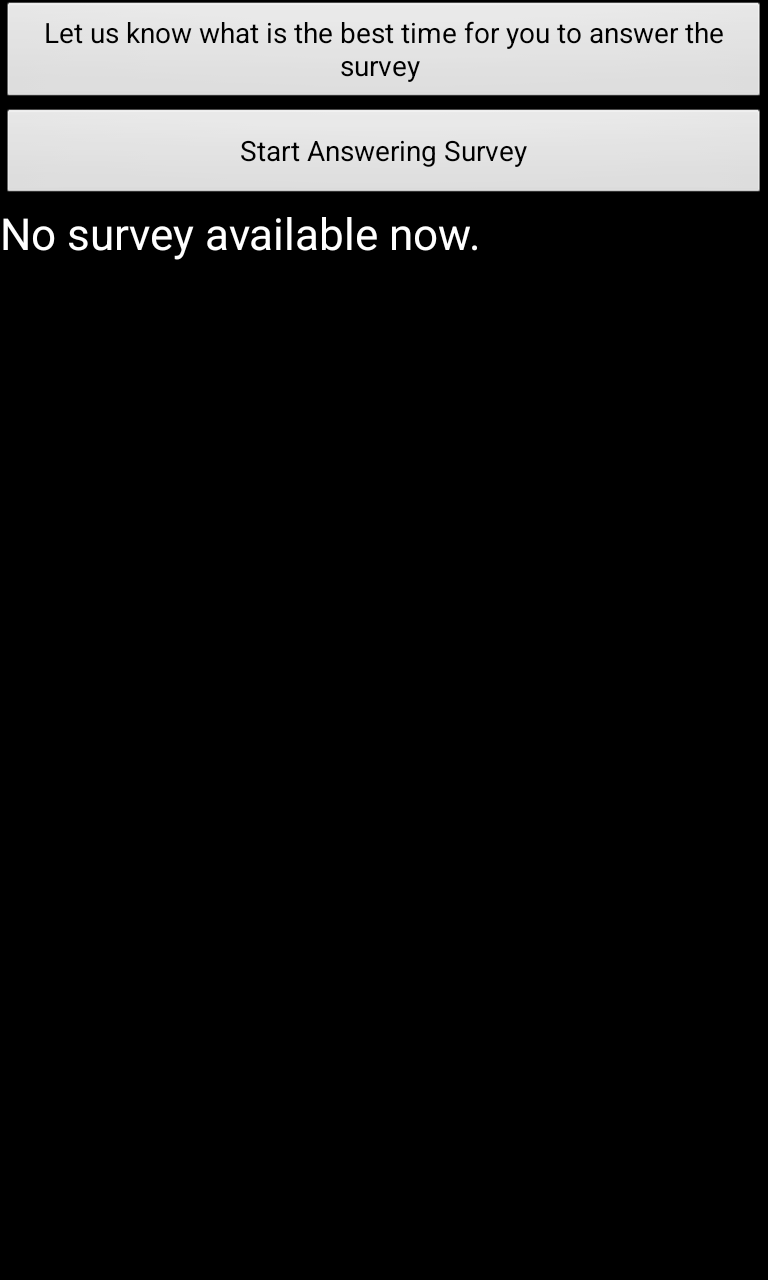
Repository: shaunkitch/android-survey
Layout: Android/Survey/res/layout/main.xml
An editor plug-in stored every save of this project. The layout is shown before and after the next save, followed by the edit.
It is drawn on a 768 x 1280 px phone screen (xhdpi) without system bars, with theme android:Theme; the app's code is not run.

Above is the layout before, as saved 2012-05-05 00:49:47.

### Android/Survey/res/layout/main.xml
<?xml version="1.0" encoding="utf-8"?>
<TableLayout xmlns:android="http://schemas.android.com/apk/res/android"
    android:layout_width="fill_parent"
    android:layout_height="fill_parent" >

    <TableRow
        android:id="@+id/tableRow1"
        android:layout_width="wrap_content"
        android:layout_height="wrap_content" >

        <Button
            android:id="@+id/Schedule"
            android:layout_width="wrap_content"
            android:layout_height="wrap_content"
            android:text="@string/Schedule" />

    </TableRow>

    <TableRow
        android:id="@+id/tableRow3"
        android:layout_width="wrap_content"
        android:layout_height="wrap_content" >

        <Button
            android:id="@+id/StartDoingSurvey"
            android:layout_width="wrap_content"
            android:layout_height="wrap_content"
            android:text="@string/StartAnswerSurvey" />

    </TableRow>

    <TableRow
        android:id="@+id/tableRow2"
        android:layout_width="wrap_content"
        android:layout_height="wrap_content" >

        <TextView
            android:id="@+id/NoSurvey"
            android:layout_width="wrap_content"
            android:layout_height="wrap_content"
            android:text="@string/NoSurvey"
            android:textAppearance="?android:attr/textAppearanceLarge" />

    </TableRow>

</TableLayout>

### Android/Survey/res/values/strings.xml
<?xml version="1.0" encoding="utf-8"?>
<resources>

    <string name="hello">Hello World, Survey!</string>
    <string name="app_name">Survey</string>
    <string name="NoSurvey">No survey available now.</string>
    <string name="StartAnswerSurvey">Start Answering Survey</string>
    <string name="Schedule">"Let us know what is the best time for you to answer the survey "</string>

</resources>

After the next save:
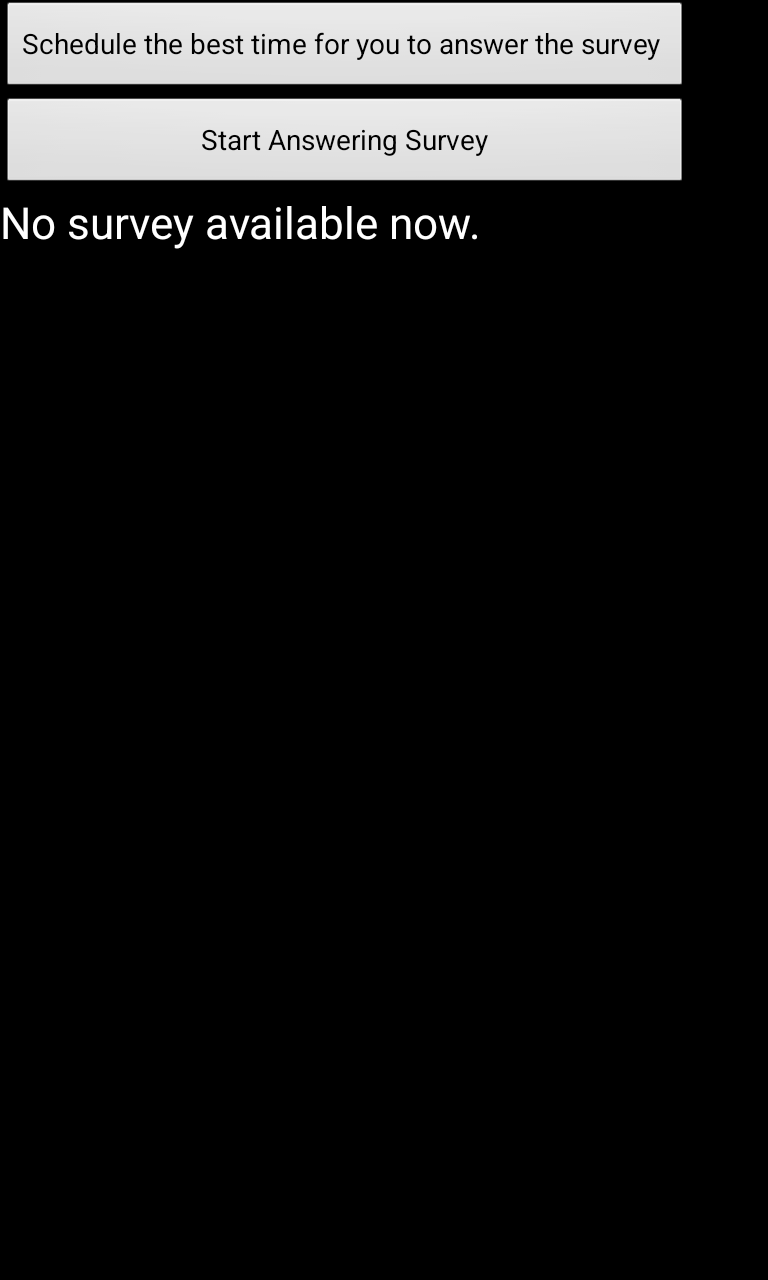
Saved 2 days later.
--- a/Android/Survey/res/layout/main.xml
+++ b/Android/Survey/res/layout/main.xml
@@ -12,7 +12,7 @@
             android:id="@+id/Schedule"
             android:layout_width="wrap_content"
             android:layout_height="wrap_content"
-            android:text="@string/Schedule" />
+            android:text="@string/Schedule" android:onClick="ScheduleOnClick"/>
 
     </TableRow>
 
@@ -25,7 +25,7 @@
             android:id="@+id/StartDoingSurvey"
             android:layout_width="wrap_content"
             android:layout_height="wrap_content"
-            android:text="@string/StartAnswerSurvey" />
+            android:text="@string/StartAnswerSurvey" android:onClick="StartOnClick"/>
 
     </TableRow>
 
--- a/Android/Survey/res/values/strings.xml
+++ b/Android/Survey/res/values/strings.xml
@@ -5,6 +5,6 @@
     <string name="app_name">Survey</string>
     <string name="NoSurvey">No survey available now.</string>
     <string name="StartAnswerSurvey">Start Answering Survey</string>
-    <string name="Schedule">"Let us know what is the best time for you to answer the survey "</string>
+    <string name="Schedule">&quot;Schedule the best time for you to answer the survey &quot;</string>
 
 </resources>
